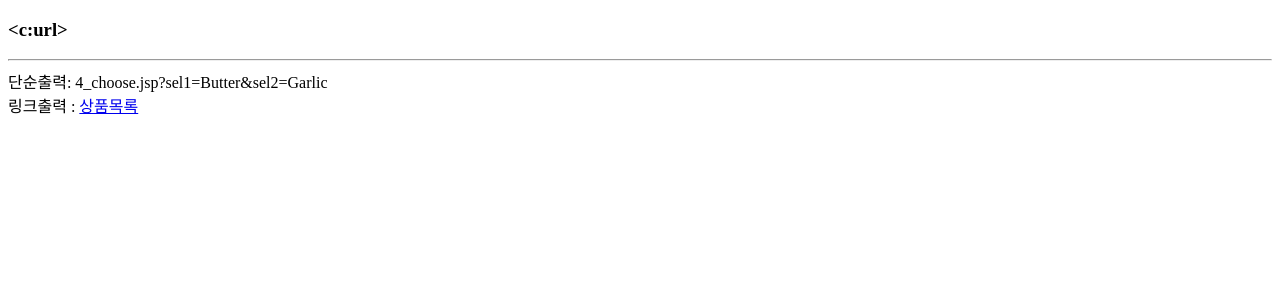
Repository: topblame/Bootcamp
Page: http://localhost/JSP_250408/chapter05/04_jstl_url.jsp
These files come from the project's save history. The page is drawn as it stood at one moment and after the next save; the edit follows.
The browser window is 1280 px wide. The pictures show the whole page.
The page is served by Tomcat 9. Other server files are loaded and not shown.

Above is the page before, as saved 2025-06-27 07:13:05.

### WebMvc/JSP_250408/src/main/webapp/chapter05/04_jstl_url.jsp
<%@ page language="java" contentType="text/html; charset=UTF-8"
    pageEncoding="UTF-8"%>
<%@ taglib prefix ="c" uri = "http://java.sun.com/jsp/jstl/core"  %>
<!DOCTYPE html PUBLIC "-//W3C//DTD HTML 4.01 Transitional//EN" "http://www.w3.org/TR/html4/loose.dtd">
<html>
<head>
<meta http-equiv="Content-Type" content="text/html; charset=UTF-8">
<title>JSTL_URL</title>
</head>
<body>
<h3>&lt;c:url&gt;</h3>
<c:url var ="target" value ="4_choose.jsp">
<c:param name = "sel1">Butter</c:param>
<c:param name = "sel2">Garlic</c:param>
</c:url>
<hr />
단순출력: ${target } <br> <!--  sel1, sel2 라는 변수방 데이터도 가져감.-->
링크출력 : <a href = "${target }">상품목록</a>



</body>
</html>

After the next save:
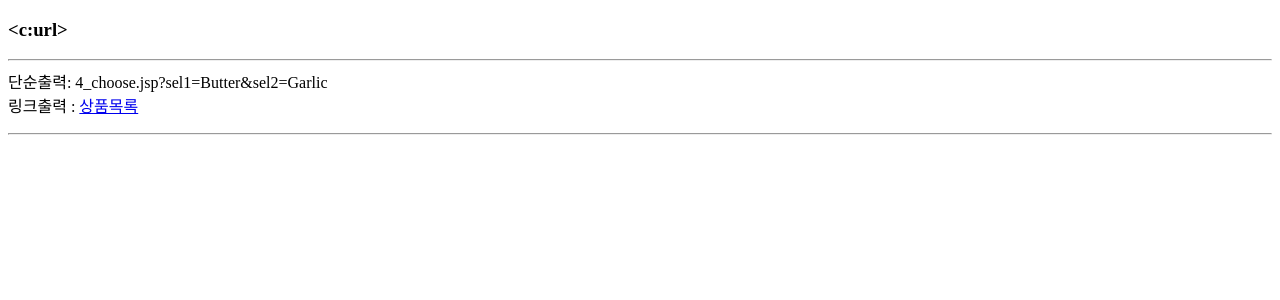
Saved 2 min 40 s later.
--- a/WebMvc/JSP_250408/src/main/webapp/chapter05/04_jstl_url.jsp
+++ b/WebMvc/JSP_250408/src/main/webapp/chapter05/04_jstl_url.jsp
@@ -16,6 +16,8 @@
 <hr />
 단순출력: ${target } <br> <!--  sel1, sel2 라는 변수방 데이터도 가져감.-->
 링크출력 : <a href = "${target }">상품목록</a>
+<p></p>
+<hr />
 
 
 
